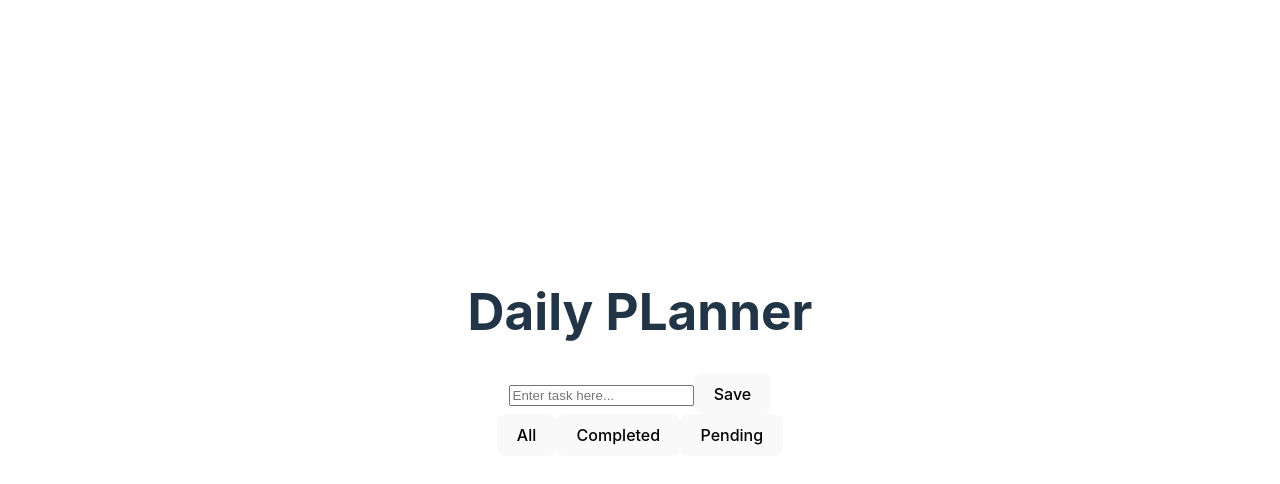
Repository: leslie179/lab4
Page: / (app in lab4/)
An editor plug-in stored every save of this project. The page is shown before and after the next save, followed by the edit.
The browser window is 1280 px wide. The pictures show the whole page.
The project was rebuilt for these pictures with package versions that can differ from the ones it lists, and the page was loaded fresh each time. Also part of the build but not shown: lab4/vite.config.js, lab4/src/components/Task.jsx.

Above is the page before, as saved 2024-10-27 18:02:08.

After the next save:
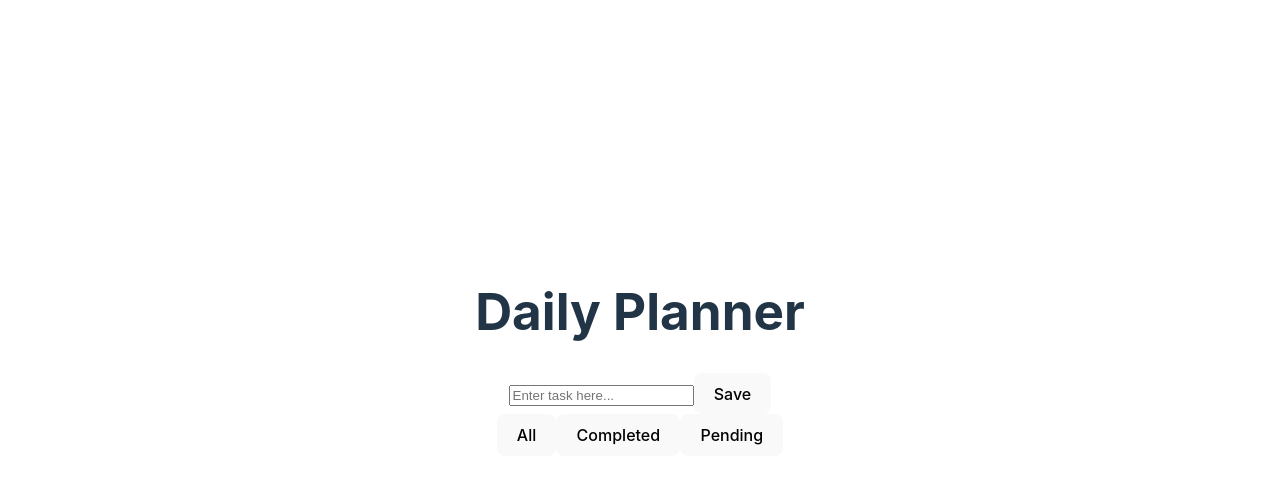
Saved 5 s later.
--- a/lab4/src/App.jsx
+++ b/lab4/src/App.jsx
@@ -9,7 +9,7 @@ function App() {
   const [filter, setFilter] = useState("All")
   return (
     <div>
-      <h1>Daily PLanner</h1>
+      <h1>Daily Planner</h1>
       <TaskForm setTasks={setTasks}/>
       <button onClick={() => setFilter("All")}>All</button>
       <button onClick={() => setFilter("Completed")}>Completed</button>
